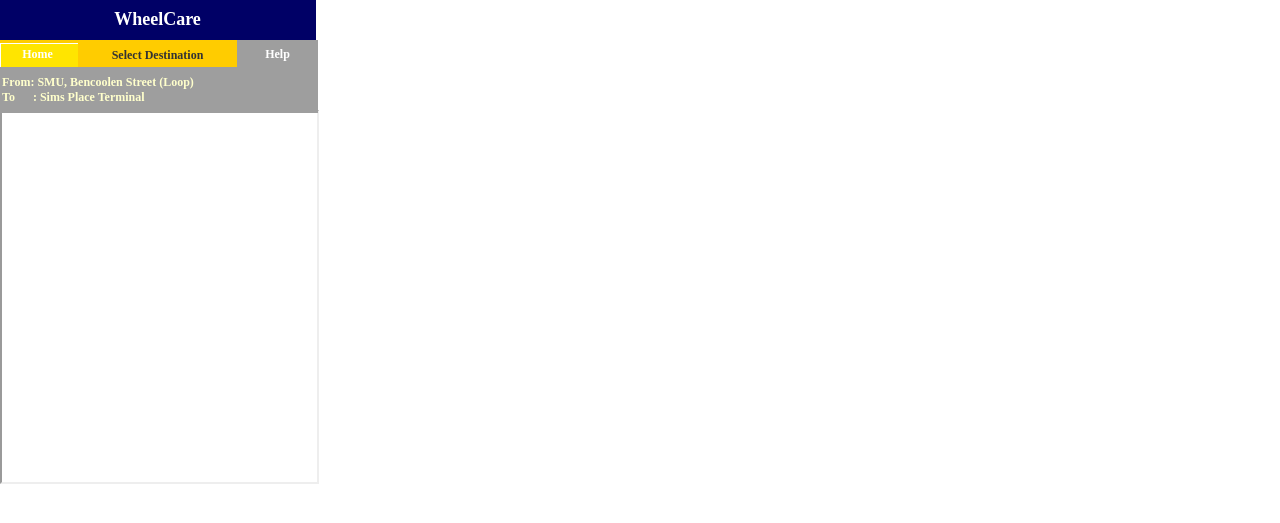
Repository: junkiatyeo/WheelCareVer2
Page: Wheelcarev2/war/SelectDestinationA.html
The author's editor kept a copy of each file at every save. The page is drawn from the files as they stood at one save, then again after the next save.
The browser window is 1280 px wide. The pictures show the whole page.
Pictures or frames that could not be fetched are drawn as grey boxes.

Above is the page before, as saved 2014-04-01 01:58:08.

### Wheelcarev2/war/SelectDestinationA.html
<html>
<head>
    <title>SelectDestinationA</title>
    <meta http-equiv="content-type" content="text/html; charset=utf-8"/>
    <meta http-equiv="imagetoolbar" content="no"/>
    <meta name="viewport" content="width=device-width, height=device-height, initial-scale=1, maximum-scale=1, user-scalable=yes"/>
    <meta name="apple-mobile-web-app-capable" content="yes"/>
    <link href="resources/css/jquery-ui-themes.css" type="text/css" rel="stylesheet">
    <link href="resources/css/axure_rp_page.css" type="text/css" rel="stylesheet">
    <link href="SelectDestinationA_files/axurerp_pagespecificstyles.css" type="text/css" rel="stylesheet">
<!--[if IE 6]>
    <link href="SelectDestinationA_files/axurerp_pagespecificstyles_ie6.css" type="text/css" rel="stylesheet">
<![endif]-->
    <script src="data/sitemap.js"></script>
    <script src="resources/scripts/jquery-1.7.1.min.js"></script>
    <script src="resources/scripts/axutils.js"></script>
    <script src="resources/scripts/jquery-ui-1.8.10.custom.min.js"></script>
    <script src="resources/scripts/axurerp_beforepagescript.js"></script>
    <script src="resources/scripts/messagecenter.js"></script>
<script src='SelectDestinationA_files/data.js'></script>
</head>
<body>
<div id="main_container">

<div id="u0" class="u0_container"   >
<div id="u0_img" class="u0_normal detectCanvas"></div>
<div id="u1" class="u1"  >
<div id="u1_rtf"><p style="text-align:center;"><span style="font-family:Axure Handwriting;font-size:18px;font-weight:bold;font-style:normal;text-decoration:none;color:#FFFFFF;">WheelCare</span></p></div>
</div>
</div>
<IFRAME id="u2" style="position:absolute; left:0px; top:110px; width:315px; height:370px; ; ; ;;" basesrc="" frameborder="1" scrolling="auto" ></IFRAME>

<div id="u3" class="u3_container"   >
<div id="u3_img" class="u3_normal detectCanvas"></div>
<div id="u4" class="u4"  >
<div id="u4_rtf"><p style="text-align:center;"><span style="font-family:Axure Handwriting;font-size:12px;font-weight:bold;font-style:normal;text-decoration:none;color:#333333;">Select Destination</span></p></div>
</div>
</div>
<div id="u5" class="u5_container"   >
<div id="u5_img" class="u5_normal detectCanvas"></div>
<div id="u6" class="u6"  >
<div id="u6_rtf"><p style="text-align:center;"><span style="font-family:Axure Handwriting;font-size:12px;font-weight:bold;font-style:normal;text-decoration:none;color:#FFFFFF;">Help</span></p></div>
</div>
</div>
<div id="u7" class="u7_container"   >
<div id="u7_img" class="u7_normal detectCanvas"></div>
<div id="u8" class="u8"  >
<div id="u8_rtf"><p style="text-align:center;"><span style="font-family:Axure Handwriting;font-size:12px;font-weight:bold;font-style:normal;text-decoration:none;color:#FFFFFF;">Home</span></p></div>
</div>
</div>
<div id="u9" class="u9_container"   >
<div id="u9_img" class="u9_normal detectCanvas"></div>
<div id="u10" class="u10"  >
<div id="u10_rtf"><p style="text-align:left;"><span style="font-family:Axure Handwriting;font-size:12px;font-weight:bold;font-style:normal;text-decoration:none;color:#FFFFCC;">From: SMU, Bencoolen Street (Loop)</span></p><p style="text-align:left;"><span style="font-family:Axure Handwriting;font-size:12px;font-weight:bold;font-style:normal;text-decoration:none;color:#FFFFCC;">To&nbsp;&nbsp; </span><span style="font-family:Axure Handwriting;font-size:12px;font-weight:bold;font-style:normal;text-decoration:none;color:#FFFFCC;">&nbsp;</span><span style="font-family:Axure Handwriting;font-size:12px;font-weight:bold;font-style:normal;text-decoration:none;color:#FFFFCC;">&nbsp; : Sims Place Terminal</span></p></div>
</div>
</div>
</div>
<div class="preload"><img src="SelectDestinationA_files/u0_normal.png" width="1" height="1"/><img src="SelectDestinationA_files/u3_normal.png" width="1" height="1"/><img src="SelectDestinationA_files/u5_normal.png" width="1" height="1"/><img src="SelectDestinationA_files/u7_normal.png" width="1" height="1"/><img src="SelectDestinationA_files/u9_normal.png" width="1" height="1"/></div>
</body>
<script src="resources/scripts/axurerp_pagescript.js"></script>
<script src="SelectDestinationA_files/axurerp_pagespecificscript.js" charset="utf-8"></script>

### Wheelcarev2/war/resources/css/axure_rp_page.css
p
{
	margin: 0px;
}

iframe
{
	background: #FFFFFF;
}

div.intcases
{
	font-family: arial;
	font-size: 12px;
    text-align:left;
	border:1px solid #AAA;
	background:#FFF none repeat scroll 0% 0%;
	z-index:9999;
	visibility:hidden;
	position:absolute;
    padding: 0px;
    border-radius: 3px;
}

div.intcaselink
{
	cursor: pointer;
    padding: 3px 8px 3px 8px;
    margin: 5px;
	background:#EEE none repeat scroll 0% 0%;
	border:1px solid #AAA;
    border-radius: 3px;
}

div.annnoteimage
{
	position: absolute;
	font-size: 0px;
	width: 16px;
	height: 12px;
	cursor: help;
	background-image: url(images/note.gif);
	background-repeat: no-repeat;
}

div.annnotelabel
{
	position: absolute;
	font-family: Arial;
	font-size: 10px;
	border: 1px solid #666666;
	cursor: help;
	background:#DDDD00 none repeat scroll 0% 0%;
	padding-left:3px;
	padding-right:3px;
	white-space: nowrap;
}

.annotationName
{
	font-size: .7em;
	font-weight: bold;
	margin-bottom: .2em;
	white-space: nowrap;
}

.annotation
{
	font-size: .7em;
	padding-left: .2em;
	margin-bottom: 1em;
}

/* this is a fix for the issue where dialogs jump around and takes the text-align from the body */
.dialogFix
{
    position:absolute;
    text-align:left;
}

### Wheelcarev2/war/SelectDestinationA_files/axurerp_pagespecificstyles.css
body {
    margin: 0px;
}

div {
    background-repeat: no-repeat;
}

.raw_image {
    width: 100%;
    height: 100%;
}

.preload {
    display: none;
}
#main_container {
}

.form_sketch {
    border-color: transparent;
    background-color: transparent;
}

.u0_normal {
    background-image: url('../SelectDestinationA_files/u0_normal.png');
}

.u0_container {
    position:absolute;
    left:0px;
    top:0px;
    width:315px;
    height:40px;
}

#u0_img {
    position:absolute;
    left:-3px;
    top:-3px;
    width:321px;
    height:46px;
}

.u1 {
    position:absolute;
    left:2px;
    top:9px;
    width:311px;
    height:22px;
    ;
    ;
    ;
    font-family:Arial;
    text-align:left;
    word-wrap:break-word;
}

.u3_normal {
    background-image: url('../SelectDestinationA_files/u3_normal.png');
}

.u3_container {
    position:absolute;
    left:0px;
    top:40px;
    width:315px;
    height:30px;
}

#u3_img {
    position:absolute;
    left:-3px;
    top:-3px;
    width:321px;
    height:36px;
}

.u4 {
    position:absolute;
    left:2px;
    top:8px;
    width:311px;
    height:15px;
    ;
    ;
    ;
    font-family:Arial;
    text-align:left;
    word-wrap:break-word;
}

.u5_normal {
    background-image: url('../SelectDestinationA_files/u5_normal.png');
}

.u5_container {
    position:absolute;
    left:240px;
    top:43px;
    width:75px;
    height:24px;
}

#u5_img {
    position:absolute;
    left:-3px;
    top:-3px;
    width:81px;
    height:30px;
}

.u6 {
    position:absolute;
    left:2px;
    top:4px;
    width:71px;
    height:15px;
    ;
    ;
    ;
    font-family:Arial;
    text-align:left;
    word-wrap:break-word;
}

.u7_normal {
    background-image: url('../SelectDestinationA_files/u7_normal.png');
}

.u7_container {
    position:absolute;
    left:0px;
    top:43px;
    width:75px;
    height:24px;
}

#u7_img {
    position:absolute;
    left:-3px;
    top:-3px;
    width:81px;
    height:30px;
}

.u8 {
    position:absolute;
    left:2px;
    top:4px;
    width:71px;
    height:15px;
    ;
    ;
    ;
    font-family:Arial;
    text-align:left;
    word-wrap:break-word;
}

.u9_normal {
    background-image: url('../SelectDestinationA_files/u9_normal.png');
}

.u9_container {
    position:absolute;
    left:0px;
    top:70px;
    width:315px;
    height:40px;
}

#u9_img {
    position:absolute;
    left:-3px;
    top:-3px;
    width:321px;
    height:46px;
}

.u10 {
    position:absolute;
    left:2px;
    top:5px;
    width:311px;
    height:30px;
    ;
    ;
    ;
    font-family:Arial;
    text-align:left;
    word-wrap:break-word;
}

### Wheelcarev2/war/data/sitemap.js
var sitemap =

(function() {
    var _ = function() { var r={},a=arguments; for(var i=0; i<a.length; i+=2) r[a[i]]=a[i+1]; return r; }
    var _creator = function() { return _(b,[_(c,d,e,f,g,h,i,[_(c,j,e,f,g,k),_(c,l,e,f,g,m),_(c,n,e,f,g,o)])]);};
var b="rootNodes",c="pageName",d="Home",e="type",f="Wireframe",g="url",h="Home.html",i="children",j="Feedback",k="Feedback.html",l="ThankyouFeedback",m="ThankyouFeedback.html",n="NearbyBusStops",o="NearbyBusStops.html";
return _creator();
})();

### Wheelcarev2/war/ListofDestinationA.html
<html>
<head>
    <title>ListofDestinationA</title>
    <meta http-equiv="content-type" content="text/html; charset=utf-8"/>
    <meta http-equiv="imagetoolbar" content="no"/>
    <meta name="viewport" content="width=device-width, height=device-height, initial-scale=1, maximum-scale=1, user-scalable=yes"/>
    <meta name="apple-mobile-web-app-capable" content="yes"/>
    <link href="resources/css/jquery-ui-themes.css" type="text/css" rel="stylesheet">
    <link href="resources/css/axure_rp_page.css" type="text/css" rel="stylesheet">
    <link href="ListofDestinationA_files/axurerp_pagespecificstyles.css" type="text/css" rel="stylesheet">
<!--[if IE 6]>
    <link href="ListofDestinationA_files/axurerp_pagespecificstyles_ie6.css" type="text/css" rel="stylesheet">
<![endif]-->
    <script src="data/sitemap.js"></script>
    <script src="resources/scripts/jquery-1.7.1.min.js"></script>
    <script src="resources/scripts/axutils.js"></script>
    <script src="resources/scripts/jquery-ui-1.8.10.custom.min.js"></script>
    <script src="resources/scripts/axurerp_beforepagescript.js"></script>
    <script src="resources/scripts/messagecenter.js"></script>
<script src='ListofDestinationA_files/data.js'></script>
</head>
<body>
<div id="main_container">

<div id="u0" class="u0_container"   >
<div id="u0_img" class="u0_normal detectCanvas"></div>
<div id="u1" class="u1" style="visibility:hidden;"  >
<div id="u1_rtf"></div>
</div>
</div>
<div id="u2" class="u2_container"   >
<div id="u2_img" class="u2_normal detectCanvas"></div>
<div id="u3" class="u3"  >
<div id="u3_rtf"><p style="text-align:center;"><span style="font-family:Axure Handwriting;font-size:12px;font-weight:bold;font-style:normal;text-decoration:none;color:#FFFFFF;">M</span><span style="font-family:Axure Handwriting;font-size:12px;font-weight:bold;font-style:normal;text-decoration:none;color:#FFFFFF;">ap</span></p></div>
</div>
</div>
<div id="u4" class="u4"  >
<div id="u4_rtf"><p style="text-align:left;"><span style="font-family:Axure Handwriting;font-size:13px;font-weight:normal;font-style:normal;text-decoration:none;color:#000066;">0</span><span style="font-family:Axure Handwriting;font-size:13px;font-weight:normal;font-style:normal;text-decoration:none;color:#000066;">8069</span></p><p style="text-align:left;"><span style="font-family:Axure Handwriting;font-size:13px;font-weight:normal;font-style:normal;text-decoration:none;color:#000066;">Orchard Road</span></p></div>
</div>
<div id="u5" class="u5"  >
<div id="u5_rtf"><p style="text-align:left;"><span style="font-family:Axure Handwriting;font-size:18px;font-weight:bold;font-style:normal;text-decoration:none;color:#000066;">YMCA</span></p></div>
</div>
<div id="u6" class="u6_container"   >
<div id="u6_img" class="u6_normal detectCanvas"></div>
<div id="u7" class="u7" style="visibility:hidden;"  >
<div id="u7_rtf"></div>
</div>
</div>
<div id="u8" class="u8_container"   >
<div id="u8_img" class="u8_normal detectCanvas"></div>
<div id="u9" class="u9"  >
<div id="u9_rtf"><p style="text-align:center;"><span style="font-family:Axure Handwriting;font-size:12px;font-weight:bold;font-style:normal;text-decoration:none;color:#FFFFFF;">M</span><span style="font-family:Axure Handwriting;font-size:12px;font-weight:bold;font-style:normal;text-decoration:none;color:#FFFFFF;">ap</span></p></div>
</div>
</div>
<div id="u10" class="u10"  >
<div id="u10_rtf"><p style="text-align:left;"><span style="font-family:Axure Handwriting;font-size:13px;font-weight:normal;font-style:normal;text-decoration:none;color:#000066;">08019</span></p><p style="text-align:left;"><span style="font-family:Axure Handwriting;font-size:13px;font-weight:normal;font-style:normal;text-decoration:none;color:#000066;">Clemenceau Avenue</span></p></div>
</div>
<div id="u11" class="u11"  >
<div id="u11_rtf"><p style="text-align:left;"><span style="font-family:Axure Handwriting;font-size:18px;font-weight:bold;font-style:normal;text-decoration:none;color:#000066;">After Haw Par Tower</span></p></div>
</div>
<div id="u12" class="u12_container"   >
<div id="u12_img" class="u12_normal detectCanvas"></div>
<div id="u13" class="u13" style="visibility:hidden;"  >
<div id="u13_rtf"></div>
</div>
</div>
<div id="u14" class="u14_container"   >
<div id="u14_img" class="u14_normal detectCanvas"></div>
<div id="u15" class="u15"  >
<div id="u15_rtf"><p style="text-align:center;"><span style="font-family:Axure Handwriting;font-size:12px;font-weight:bold;font-style:normal;text-decoration:none;color:#FFFFFF;">M</span><span style="font-family:Axure Handwriting;font-size:12px;font-weight:bold;font-style:normal;text-decoration:none;color:#FFFFFF;">ap</span></p></div>
</div>
</div>
<div id="u16" class="u16"  >
<div id="u16_rtf"><p style="text-align:left;"><span style="font-family:Axure Handwriting;font-size:13px;font-weight:normal;font-style:normal;text-decoration:none;color:#000066;">0</span><span style="font-family:Axure Handwriting;font-size:13px;font-weight:normal;font-style:normal;text-decoration:none;color:#000066;">4329</span></p><p style="text-align:left;"><span style="font-family:Axure Handwriting;font-size:13px;font-weight:normal;font-style:normal;text-decoration:none;color:#000066;">Clemenceau Avenue</span></p></div>
</div>
<div id="u17" class="u17"  >
<div id="u17_rtf"><p style="text-align:left;"><span style="font-family:Axure Handwriting;font-size:18px;font-weight:bold;font-style:normal;text-decoration:none;color:#000066;">Opp Shell House</span></p></div>
</div>
<div id="u18" class="u18_container"   >
<div id="u18_img" class="u18_normal detectCanvas"></div>
<div id="u19" class="u19" style="visibility:hidden;"  >
<div id="u19_rtf"></div>
</div>
</div>
<div id="u20" class="u20_container"   >
<div id="u20_img" class="u20_normal detectCanvas"></div>
<div id="u21" class="u21"  >
<div id="u21_rtf"><p style="text-align:center;"><span style="font-family:Axure Handwriting;font-size:12px;font-weight:bold;font-style:normal;text-decoration:none;color:#FFFFFF;">M</span><span style="font-family:Axure Handwriting;font-size:12px;font-weight:bold;font-style:normal;text-decoration:none;color:#FFFFFF;">ap</span></p></div>
</div>
</div>
<div id="u22" class="u22"  >
<div id="u22_rtf"><p style="text-align:left;"><span style="font-family:Axure Handwriting;font-size:13px;font-weight:normal;font-style:normal;text-decoration:none;color:#000066;">06161</span></p><p style="text-align:left;"><span style="font-family:Axure Handwriting;font-size:13px;font-weight:normal;font-style:normal;text-decoration:none;color:#000066;">Havelock Road</span></p></div>
</div>
<div id="u23" class="u23"  >
<div id="u23_rtf"><p style="text-align:left;"><span style="font-family:Axure Handwriting;font-size:18px;font-weight:bold;font-style:normal;text-decoration:none;color:#000066;">Block 2</span></p></div>
</div>
<div id="u24" class="u24_container"   >
<div id="u24_img" class="u24_normal detectCanvas"></div>
<div id="u25" class="u25" style="visibility:hidden;"  >
<div id="u25_rtf"></div>
</div>
</div>
<div id="u26" class="u26_container"   >
<div id="u26_img" class="u26_normal detectCanvas"></div>
<div id="u27" class="u27"  >
<div id="u27_rtf"><p style="text-align:center;"><span style="font-family:Axure Handwriting;font-size:12px;font-weight:bold;font-style:normal;text-decoration:none;color:#FFFFFF;">M</span><span style="font-family:Axure Handwriting;font-size:12px;font-weight:bold;font-style:normal;text-decoration:none;color:#FFFFFF;">ap</span></p></div>
</div>
</div>
<div id="u28" class="u28"  >
<div id="u28_rtf"><p style="text-align:left;"><span style="font-family:Axure Handwriting;font-size:13px;font-weight:normal;font-style:normal;text-decoration:none;color:#000066;">061</span><span style="font-family:Axure Handwriting;font-size:13px;font-weight:normal;font-style:normal;text-decoration:none;color:#000066;">4</span><span style="font-family:Axure Handwriting;font-size:13px;font-weight:normal;font-style:normal;text-decoration:none;color:#000066;">1</span></p><p style="text-align:left;"><span style="font-family:Axure Handwriting;font-size:13px;font-weight:normal;font-style:normal;text-decoration:none;color:#000066;">Havelock Road</span></p></div>
</div>
<div id="u29" class="u29"  >
<div id="u29_rtf"><p style="text-align:left;"><span style="font-family:Axure Handwriting;font-size:18px;font-weight:bold;font-style:normal;text-decoration:none;color:#000066;">Holiday Inn Atrium</span></p></div>
</div>
</div>
<div class="preload"><img src="ListofDestinationA_files/u0_normal.png" width="1" height="1"/><img src="ListofDestinationA_files/u2_normal.png" width="1" height="1"/></div>
</body>
<script src="resources/scripts/axurerp_pagescript.js"></script>
<script src="ListofDestinationA_files/axurerp_pagespecificscript.js" charset="utf-8"></script>

### Wheelcarev2/war/ListofDestinationA_files/axurerp_pagespecificstyles.css
body {
    margin: 0px;
}

div {
    background-repeat: no-repeat;
}

.raw_image {
    width: 100%;
    height: 100%;
}

.preload {
    display: none;
}
#main_container {
}

.form_sketch {
    border-color: transparent;
    background-color: transparent;
}

.u0_normal {
    background-image: url('../ListofDestinationA_files/u0_normal.png');
}

.u0_container {
    position:absolute;
    left:15px;
    top:15px;
    width:210px;
    height:80px;
}

#u0_img {
    position:absolute;
    left:-3px;
    top:-3px;
    width:216px;
    height:86px;
}

.u1 {
    position:absolute;
    left:2px;
    top:32px;
    width:206px;
    height:16px;
    ;
    ;
    ;
    font-family:Arial;
    text-align:left;
    word-wrap:break-word;
}

.u2_normal {
    background-image: url('../ListofDestinationA_files/u2_normal.png');
}

.u2_container {
    position:absolute;
    left:240px;
    top:30px;
    width:50px;
    height:50px;
}

#u2_img {
    position:absolute;
    left:-3px;
    top:-3px;
    width:56px;
    height:56px;
}

.u3 {
    position:absolute;
    left:2px;
    top:18px;
    width:46px;
    height:15px;
    ;
    ;
    ;
    font-family:Arial;
    text-align:left;
    word-wrap:break-word;
}

.u4 {
    position:absolute;
    left:25px;
    top:50px;
    width:150px;
    height:32px;
    ;
    ;
    ;
    font-family:Arial;
    text-align:left;
    word-wrap:break-word;
}

.u5 {
    position:absolute;
    left:25px;
    top:28px;
    width:192px;
    height:22px;
    ;
    ;
    ;
    font-family:Arial;
    text-align:left;
    word-wrap:break-word;
}

.u6_normal {
    background-image: url('../ListofDestinationA_files/u0_normal.png');
}

.u6_container {
    position:absolute;
    left:15px;
    top:105px;
    width:210px;
    height:80px;
}

#u6_img {
    position:absolute;
    left:-3px;
    top:-3px;
    width:216px;
    height:86px;
}

.u7 {
    position:absolute;
    left:2px;
    top:32px;
    width:206px;
    height:16px;
    ;
    ;
    ;
    font-family:Arial;
    text-align:left;
    word-wrap:break-word;
}

.u8_normal {
    background-image: url('../ListofDestinationA_files/u2_normal.png');
}

.u8_container {
    position:absolute;
    left:240px;
    top:120px;
    width:50px;
    height:50px;
}

#u8_img {
    position:absolute;
    left:-3px;
    top:-3px;
    width:56px;
    height:56px;
}

.u9 {
    position:absolute;
    left:2px;
    top:18px;
    width:46px;
    height:15px;
    ;
    ;
    ;
    font-family:Arial;
    text-align:left;
    word-wrap:break-word;
}

.u10 {
    position:absolute;
    left:25px;
    top:140px;
    width:150px;
    height:32px;
    ;
    ;
    ;
    font-family:Arial;
    text-align:left;
    word-wrap:break-word;
}

.u11 {
    position:absolute;
    left:25px;
    top:118px;
    width:192px;
    height:22px;
    ;
    ;
    ;
    font-family:Arial;
    text-align:left;
    word-wrap:break-word;
}

.u12_normal {
    background-image: url('../ListofDestinationA_files/u0_normal.png');
}

.u12_container {
    position:absolute;
    left:15px;
    top:195px;
    width:210px;
    height:80px;
}

#u12_img {
    position:absolute;
    left:-3px;
    top:-3px;
    width:216px;
    height:86px;
}

.u13 {
    position:absolute;
    left:2px;
    top:32px;
    width:206px;
    height:16px;
    ;
    ;
    ;
    font-family:Arial;
    text-align:left;
    word-wrap:break-word;
}

.u14_normal {
    background-image: url('../ListofDestinationA_files/u2_normal.png');
}

.u14_container {
    position:absolute;
    left:240px;
    top:210px;
    width:50px;
    height:50px;
}

#u14_img {
    position:absolute;
    left:-3px;
    top:-3px;
    width:56px;
    height:56px;
}

.u15 {
    position:absolute;
    left:2px;
    top:18px;
    width:46px;
    height:15px;
    ;
    ;
    ;
    font-family:Arial;
    text-align:left;
    word-wrap:break-word;
}

.u16 {
    position:absolute;
    left:25px;
    top:230px;
    width:150px;
    height:32px;
    ;
    ;
    ;
    font-family:Arial;
    text-align:left;
    word-wrap:break-word;
}

.u17 {
    position:absolute;
    left:25px;
    top:208px;
    width:192px;
    height:22px;
    ;
    ;
    ;
    font-family:Arial;
    text-align:left;
    word-wrap:break-word;
}

.u18_normal {
    background-image: url('../ListofDestinationA_files/u0_normal.png');
}

.u18_container {
    position:absolute;
    left:15px;
    top:285px;
    width:210px;
    height:80px;
}

#u18_img {
    position:absolute;
    left:-3px;
    top:-3px;
    width:216px;
    height:86px;
}

.u19 {
    position:absolute;
    left:2px;
    top:32px;
    width:206px;
    height:16px;
    ;
    ;
    ;
    font-family:Arial;
    text-align:left;
    word-wrap:break-word;
}

.u20_normal {
    background-image: url('../ListofDestinationA_files/u2_normal.png');
}

.u20_container {
    position:absolute;
    left:240px;
    top:300px;
    width:50px;
    height:50px;
}

#u20_img {
    position:absolute;
    left:-3px;
    top:-3px;
    width:56px;
    height:56px;
}

.u21 {
    position:absolute;
    left:2px;
    top:18px;
    width:46px;
    height:15px;
    ;
    ;
    ;
    font-family:Arial;
    text-align:left;
    word-wrap:break-word;
}

.u22 {
    position:absolute;
    left:25px;
    top:320px;
    width:150px;
    height:32px;
    ;
    ;
    ;
    font-family:Arial;
    text-align:left;
    word-wrap:break-word;
}

.u23 {
    position:absolute;
    left:25px;
    top:298px;
    width:192px;
    height:22px;
    ;
    ;
    ;
    font-family:Arial;
    text-align:left;
    word-wrap:break-word;
}

.u24_normal {
    background-image: url('../ListofDestinationA_files/u0_normal.png');
}

.u24_container {
    position:absolute;
    left:15px;
    top:375px;
    width:210px;
    height:80px;
}

#u24_img {
    position:absolute;
    left:-3px;
    top:-3px;
    width:216px;
    height:86px;
}

.u25 {
    position:absolute;
    left:2px;
    top:32px;
    width:206px;
    height:16px;
    ;
    ;
    ;
    font-family:Arial;
    text-align:left;
    word-wrap:break-word;
}

.u26_normal {
    background-image: url('../ListofDestinationA_files/u2_normal.png');
}

.u26_container {
    position:absolute;
    left:240px;
    top:390px;
    width:50px;
    height:50px;
}

#u26_img {
    position:absolute;
    left:-3px;
    top:-3px;
    width:56px;
    height:56px;
}

.u27 {
    position:absolute;
    left:2px;
    top:18px;
    width:46px;
    height:15px;
    ;
    ;
    ;
    font-family:Arial;
    text-align:left;
    word-wrap:break-word;
}

.u28 {
    position:absolute;
    left:25px;
    top:410px;
    width:150px;
    height:32px;
    ;
    ;
    ;
    font-family:Arial;
    text-align:left;
    word-wrap:break-word;
}

.u29 {
    position:absolute;
    left:25px;
    top:388px;
    width:192px;
    height:22px;
    ;
    ;
    ;
    font-family:Arial;
    text-align:left;
    word-wrap:break-word;
}

### Wheelcarev2/war/ListofDestinationA_files/axurerp_pagespecificscript.js
for(var i = 0; i < 30; i++) { var scriptId = 'u' + i; window[scriptId] = document.getElementById(scriptId); }

$axure.eventManager.pageLoad(
function (e) {

});
gv_vAlignTable['u27'] = 'center';gv_vAlignTable['u16'] = 'top';gv_vAlignTable['u17'] = 'top';gv_vAlignTable['u28'] = 'top';gv_vAlignTable['u29'] = 'top';gv_vAlignTable['u13'] = 'center';gv_vAlignTable['u15'] = 'center';gv_vAlignTable['u4'] = 'top';gv_vAlignTable['u1'] = 'center';gv_vAlignTable['u10'] = 'top';gv_vAlignTable['u11'] = 'top';gv_vAlignTable['u9'] = 'center';gv_vAlignTable['u7'] = 'center';gv_vAlignTable['u3'] = 'center';gv_vAlignTable['u23'] = 'top';gv_vAlignTable['u25'] = 'center';gv_vAlignTable['u19'] = 'center';gv_vAlignTable['u5'] = 'top';gv_vAlignTable['u22'] = 'top';gv_vAlignTable['u21'] = 'center';

Loaded but not shown: Wheelcarev2/war/resources/css/jquery-ui-themes.css (library); Wheelcarev2/war/resources/scripts/jquery-1.7.1.min.js (library); Wheelcarev2/war/resources/scripts/jquery-ui-1.8.10.custom.min.js (library); Wheelcarev2/war/resources/scripts/axurerp_beforepagescript.js (1843 lines, source omitted); Wheelcarev2/war/resources/scripts/axurerp_pagescript.js (1608 lines, source omitted); Wheelcarev2/war/resources/scripts/messagecenter.js (181 lines, source omitted); Wheelcarev2/war/resources/scripts/axutils.js (168 lines, source omitted); Wheelcarev2/war/SelectDestinationA_files/data.js (7 lines, source omitted); Wheelcarev2/war/ListofDestinationA_files/data.js (7 lines, source omitted); Wheelcarev2/war/SelectDestinationA_files/axurerp_pagespecificscript.js (33 lines, source omitted)

After the next save:
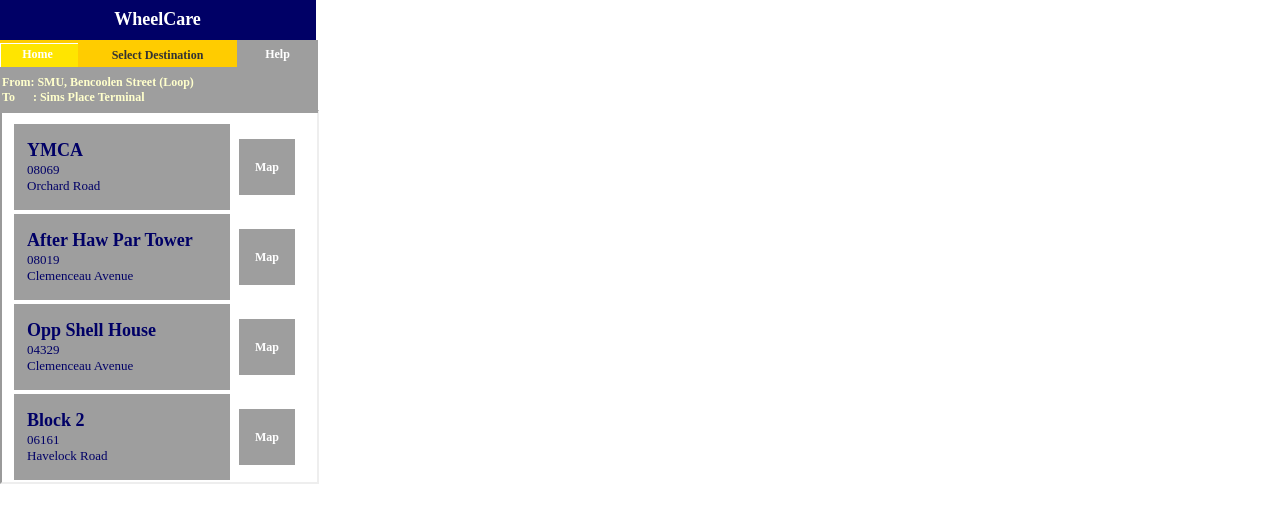
Saved 15 s later.
--- a/Wheelcarev2/war/SelectDestinationA.html
+++ b/Wheelcarev2/war/SelectDestinationA.html
@@ -28,7 +28,7 @@
 <div id="u1_rtf"><p style="text-align:center;"><span style="font-family:Axure Handwriting;font-size:18px;font-weight:bold;font-style:normal;text-decoration:none;color:#FFFFFF;">WheelCare</span></p></div>
 </div>
 </div>
-<IFRAME id="u2" style="position:absolute; left:0px; top:110px; width:315px; height:370px; ; ; ;;" basesrc="" frameborder="1" scrolling="auto" ></IFRAME>
+<IFRAME id="u2" style="position:absolute; left:0px; top:110px; width:315px; height:370px; ; ; ;;" basesrc="ListofDestinationA.html" frameborder="1" scrolling="auto" ></IFRAME>
 
 <div id="u3" class="u3_container"   >
 <div id="u3_img" class="u3_normal detectCanvas"></div>
